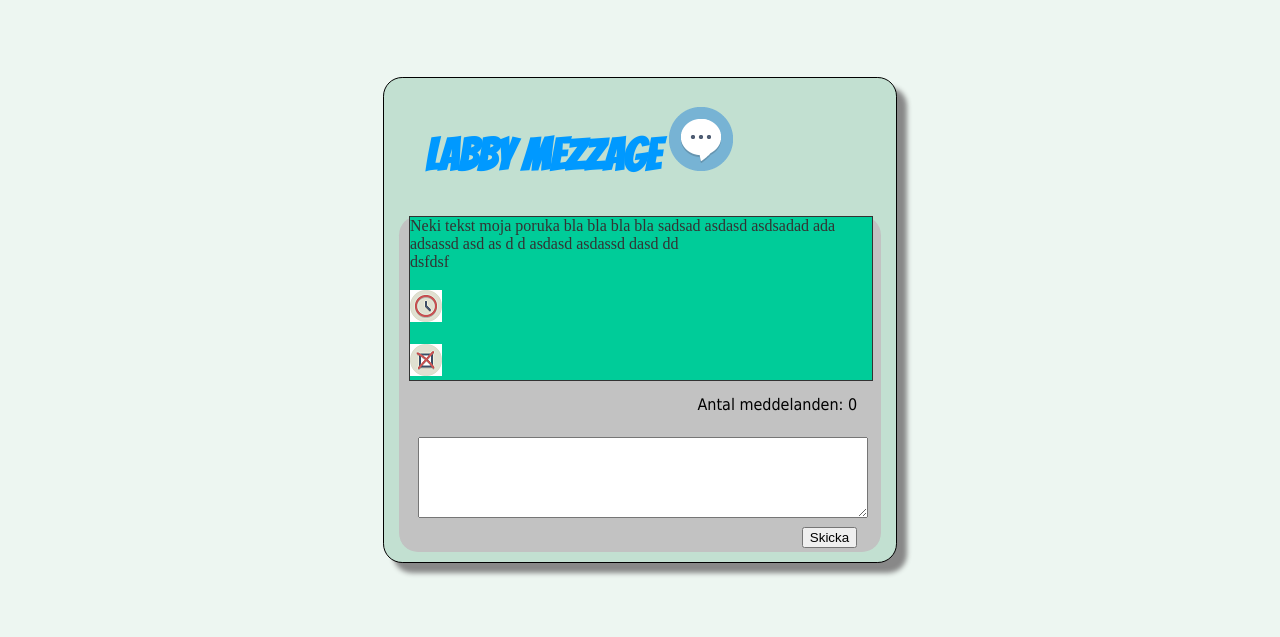
Repository: jb223cp/1dv403-laborationer
Page: 2-labbymezzage/index.html
The author's editor kept a record of every edit. The page is drawn from the files as they stood at one moment, then again after the next edit.
The browser window is 1280 px wide. The pictures show the whole page.

Above is the page before.
Console error: ReferenceError: Message is not defined

After the next edit:
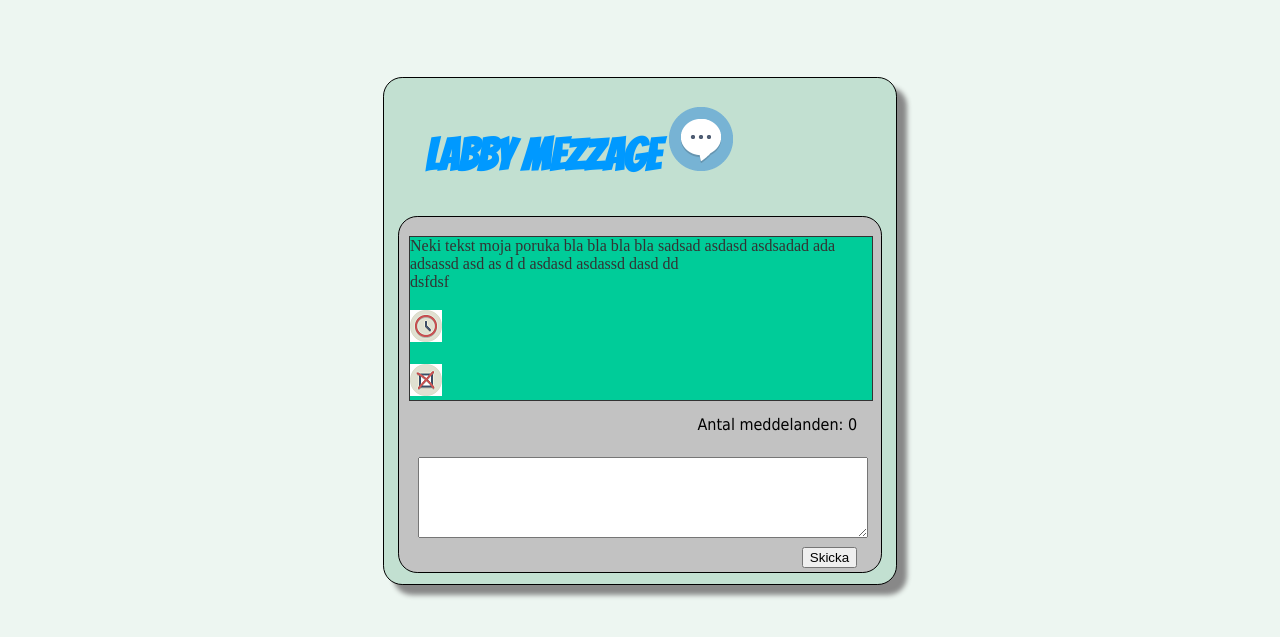
The edit:
--- a/2-labbymezzage/main.css
+++ b/2-labbymezzage/main.css
@@ -64,7 +64,9 @@
     margin-right:auto;
     margin-left:auto;
     border-radius:1.2em;
-
+    border-style: solid;
+    border-width: 1px;
+    border-color:black;
 
 }
 article{
